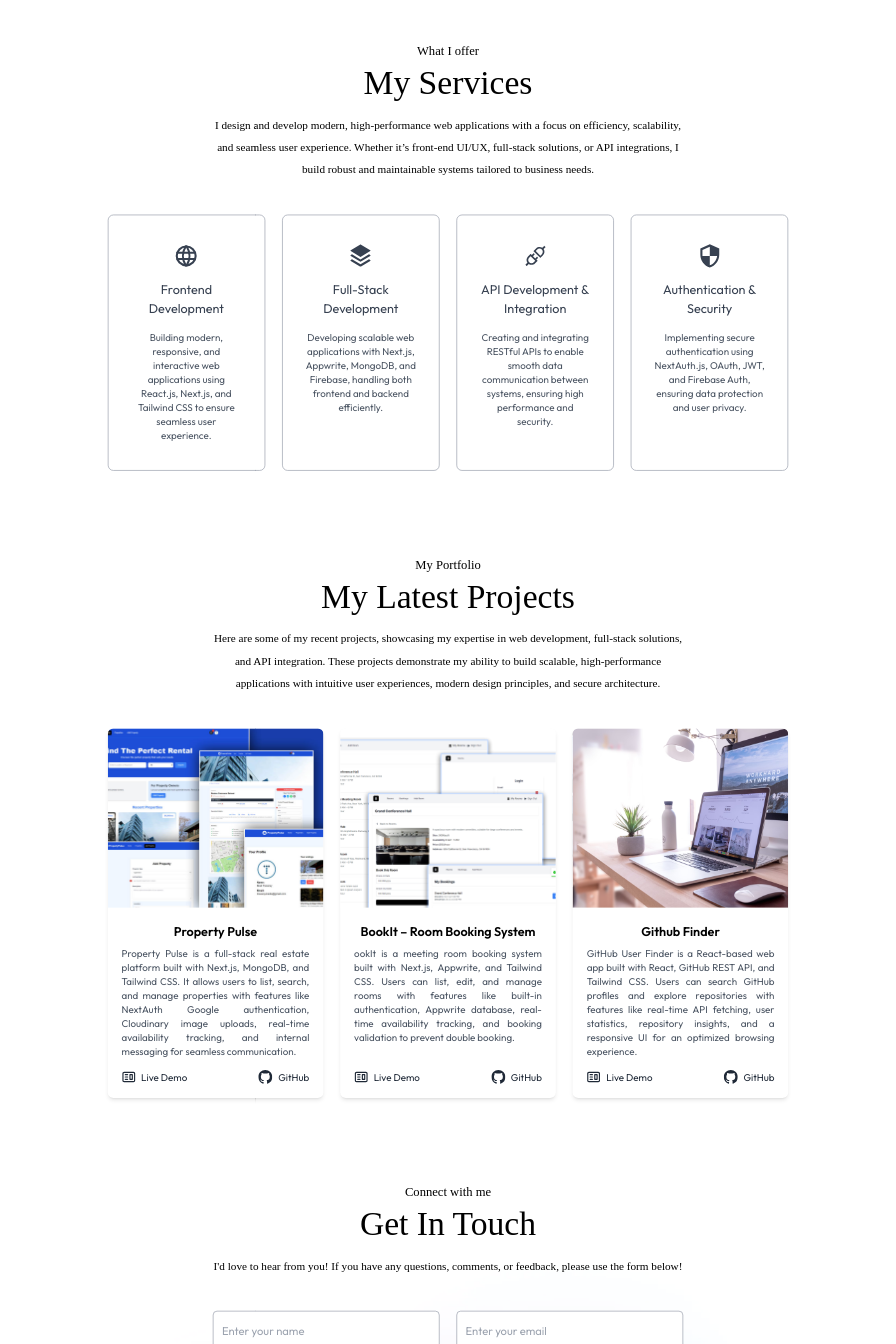
Repository: Steven4cai/profolio
Page: /
The author's editor kept a copy of each file at every save. The page is drawn from the files as they stood at one save, then again after the next save.
The browser window is 1280 px wide. The pictures show the part of the page from y = 1602 to 3522 px (the page is 4201 px tall), at 70% of full size.
Some web fonts or font styles are not loaded; a fallback is used. The project was rebuilt for these pictures with package versions that can differ from the ones it lists, and the page was loaded fresh each time. The framework's server and built-in components were replaced by stand-ins that run in the browser. Also part of the build but not shown: next.config.mjs.

Above is the page before, as saved 2025-02-09 14:42:35.

After the next save:
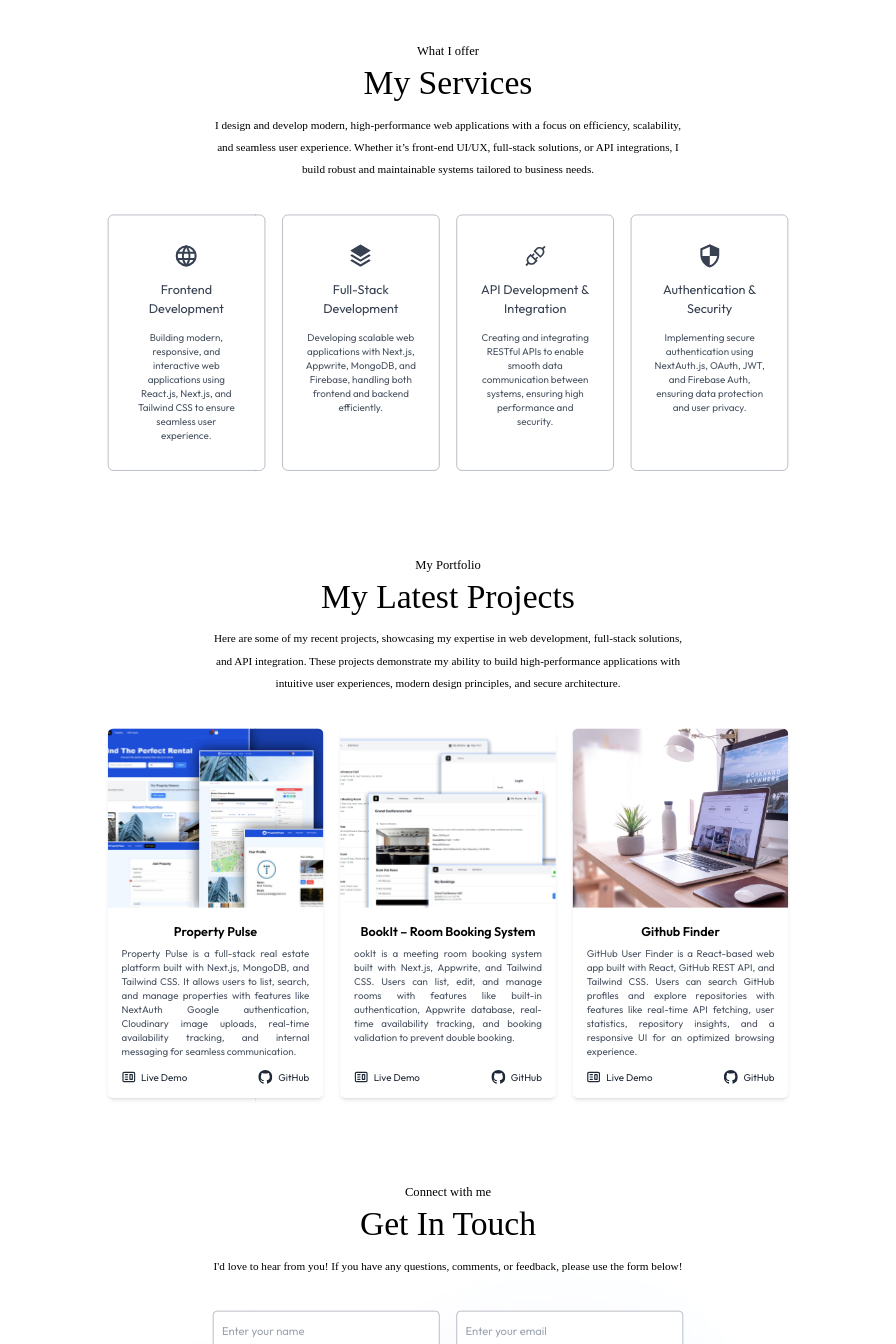
Saved 105 s later.
--- a/components/Work.jsx
+++ b/components/Work.jsx
@@ -14,7 +14,7 @@ const Work = ({ isDark }) => {
       <p className="text-center max-w-2xl mx-auto mt-5 mb-12 font-Ovo">
       Here are some of my recent projects, showcasing my expertise in web
        development, full-stack solutions, and API integration. These projects
-        demonstrate my ability to build scalable, high-performance applications
+        demonstrate my ability to build high-performance applications
          with intuitive user experiences, modern design principles, and secure
          architecture.
       </p>
